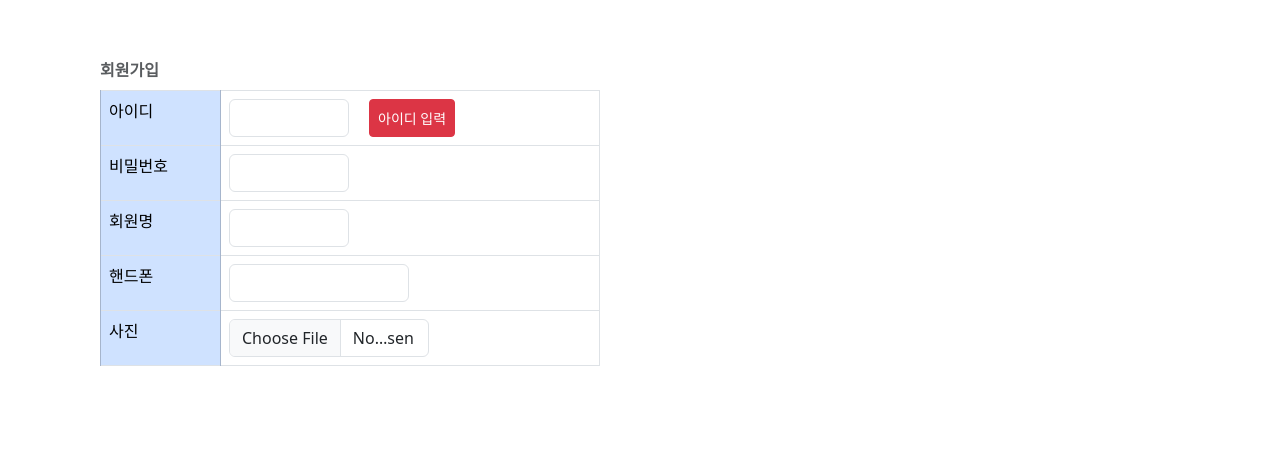
Repository: JunbroGit/SistProject
Page: http://localhost/jsaAjaxProject/mem_gaip/addForm.jsp
The author's editor kept a copy of each file at every save. The page is drawn from the files as they stood at one save, then again after the next save.
The browser window is 1280 px wide. The pictures show the whole page.
Some web fonts or font styles are not loaded; a fallback is used. The page is served by Tomcat 9.

Above is the page before, as saved 2024-03-18 03:26:23.

After the next save:
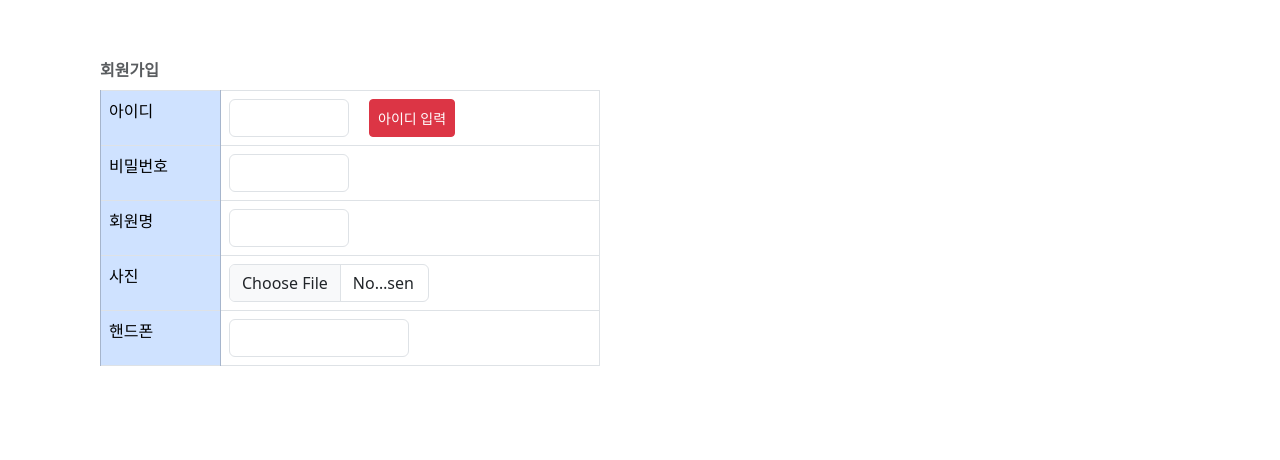
Saved 21 s later.
--- a/jspwork/jsaAjaxProject/src/main/webapp/mem_gaip/addForm.jsp
+++ b/jspwork/jsaAjaxProject/src/main/webapp/mem_gaip/addForm.jsp
@@ -36,15 +36,15 @@
 				</td>
 			</tr>
 			<tr>
+				<td width="120" class="table-primary">사진</td>
+				<td>
+					<input type="file" class="form-control" style="width: 200px;" name="m_photo" required="required">
+				</td>
+			</tr>
+			<tr>
 				<td width="120" class="table-primary">핸드폰</td>
 				<td>
 					<input type="text" class="form-control" style="width: 180px;" name="m_hp" required="required">
-				</td>
-			</tr>
-			<tr>
-				<td width="120" class="table-primary">사진</td>
-				<td>
-					<input type="file" class="form-control" style="width: 200px;" name="m_photo" required="required">
 				</td>
 			</tr>
 		</table>

After the save that followed:
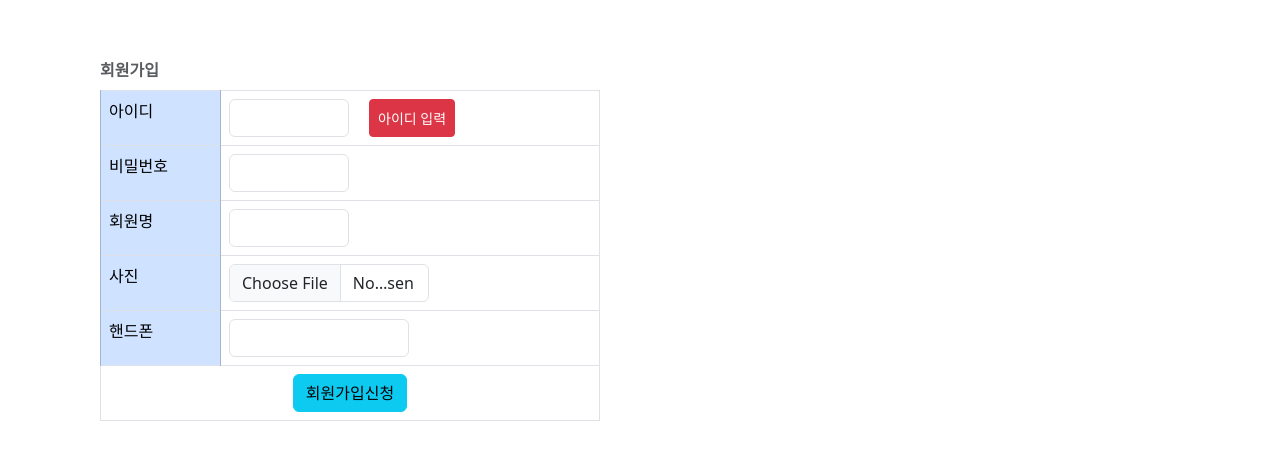
Saved 42 s later.
--- a/jspwork/jsaAjaxProject/src/main/webapp/mem_gaip/addForm.jsp
+++ b/jspwork/jsaAjaxProject/src/main/webapp/mem_gaip/addForm.jsp
@@ -47,6 +47,12 @@
 					<input type="text" class="form-control" style="width: 180px;" name="m_hp" required="required">
 				</td>
 			</tr>
+			<tr>
+				<td colspan="2" align="center">
+					<button type="submit" class="btn btn-info">회원가입신청</button>
+				</td>
+			</tr>
+
 		</table>
 	</form>
 </div>
